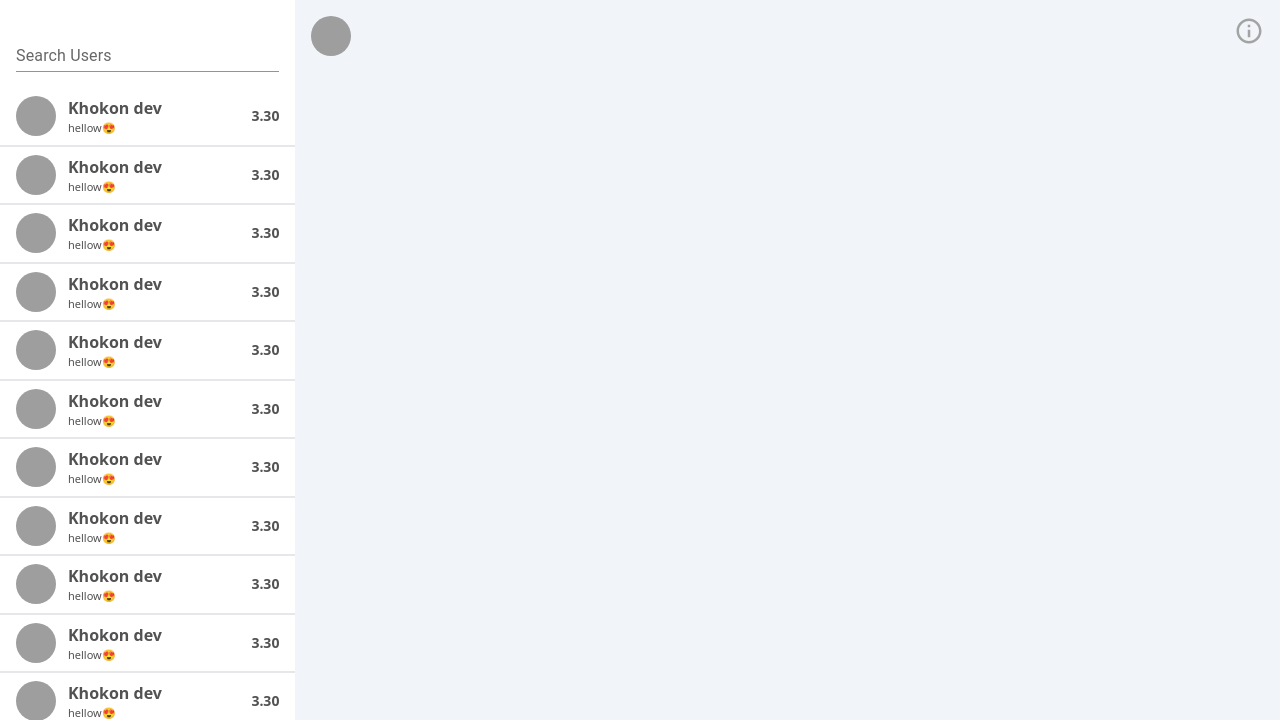
Repository: satya-ranjon/Instagram-clone-dev
Page: /inbox
These files come from the project's save history. The page is drawn as it stood at one moment and after the next save; the edit follows.
The browser window is 1280 px wide. The pictures show the whole page.
Pictures or frames that could not be fetched are drawn as grey boxes. The project was rebuilt for these pictures with package versions that can differ from the ones it lists, and the page was loaded fresh each time. Also part of the build but not shown: src/components/RightSideBar.jsx, src/components/Home/SinglePost.jsx, src/components/Home/PostList.jsx, src/components/Home/closeBtn.jsx, src/components/Home/newPostSectionOne.jsx, src/components/Home/NewPost.jsx, src/components/Home/Home.jsx, src/Assets/Logo.jsx and 8 more.

Above is the page before, as saved 2022-04-23 03:30:12.

### public/index.html
<!DOCTYPE html>
<html lang="en">
  <head>
    <meta charset="utf-8" />
    <link rel="icon" href="%PUBLIC_URL%/faveicon.png" />
    <meta name="viewport" content="width=device-width, initial-scale=1" />
    <meta name="theme-color" content="#000000" />
    <meta
      name="description"
      content="Web site created using create-react-app"
    />
    <link rel="apple-touch-icon" href="%PUBLIC_URL%/logo192.png" />
    <!--
      manifest.json provides metadata used when your web app is installed on a
      user's mobile device or desktop. See https://developers.google.com/web/fundamentals/web-app-manifest/
    -->
    <link rel="manifest" href="%PUBLIC_URL%/manifest.json" />
    <!--
      Notice the use of %PUBLIC_URL% in the tags above.
      It will be replaced with the URL of the `public` folder during the build.
      Only files inside the `public` folder can be referenced from the HTML.

      Unlike "/favicon.ico" or "favicon.ico", "%PUBLIC_URL%/favicon.ico" will
      work correctly both with client-side routing and a non-root public URL.
      Learn how to configure a non-root public URL by running `npm run build`.
    -->
    <title>React App</title>
  </head>
  <body>
    <noscript>You need to enable JavaScript to run this app.</noscript>
    <div id="root"></div>
    <!--
      This HTML file is a template.
      If you open it directly in the browser, you will see an empty page.

      You can add webfonts, meta tags, or analytics to this file.
      The build step will place the bundled scripts into the <body> tag.

      To begin the development, run `npm start` or `yarn start`.
      To create a production bundle, use `npm run build` or `yarn build`.
    -->
  </body>
</html>

### src/index.css
@import url("https://fonts.googleapis.com/css2?family=Kaushan+Script&display=swap");

@tailwind base;
@tailwind components;
@tailwind utilities;

@layer components {
  .grid___three {
    @apply grid grid-cols-1 sm:grid-cols-2 md:grid-cols-3 gap-2 lg:gap-4 transition-all duration-300 my-10 font-semibold mx-10  sm:mx-20 lg:mx-32 xl:mx-40;
  }
  .grid___two {
    @apply grid grid-cols-1 sm:grid-cols-2 gap-2 lg:gap-4  my-10 font-semibold mx-10 transition-all duration-300 sm:mx-20 lg:mx-32 xl:mx-40;
  }
  .grid___one {
    @apply grid grid-cols-1  gap-2 lg:gap-4  my-10 font-semibold mx-10 sm:mx-32 md:mx-44 transition-all duration-300 lg:mx-60 xl:mx-60;
  }
  .img__three {
    @apply bg-red-300 w-full h-[18rem] transition-all duration-300 sm:h-[14rem] xl:h-[18rem] 2xl:h-[28rem];
  }
  .img__two {
    @apply bg-red-300 w-full h-[18rem] transition-all duration-300 sm:h-[20rem] lg:h-[24rem] xl:h-[28rem] 2xl:h-[40rem];
  }
  .img__one {
    @apply bg-red-300 w-full h-[18rem] transition-all duration-300 sm:h-[20rem] lg:h-[32rem] xl:h-[40rem] 2xl:h-[52rem];
  }
}

body::-webkit-scrollbar {
  display: none;
}
.hide_scrollbar::-webkit-scrollbar {
  display: none;
  overflow: hidden;
}

#category {
  overflow: hidden;
}

.bground {
  background: radial-gradient(
    ellipse at 70% 70%,
    #ee583f 8%,
    #d92d77 42%,
    #bd3381 58%
  );
}

.new {
  position: absolute;
  top: 50%;
  right: 50%;
  transform: translate(-50%, -50%);
}

### src/App.js
import { Route, Routes } from "react-router-dom";
import HomeContainder from "./components/Home/HomeContainder";
import InboxContainer from "./components/Inbox/InboxContainer";

function App() {
  return (
    <Routes>
      <Route path="/" element={<HomeContainder />} />
      <Route path="/inbox" element={<InboxContainer />} />
    </Routes>
  );
}

export default App;

### src/components/Inbox/InboxContainer.jsx
import { Avatar, TextField } from "@mui/material";
import React from "react";
import MesseageBox from "./MesseageBox";
import SearchUsers from "./SearchUsers";
import UserList from "./UserList";

export default function InboxContainer() {
  return (
    <div>
      <div className=" flex justify-between">
        <div className=" h-screen w-96 lg:w-[50rem overflow-y-scroll scrollbar-thumb-neutral-400 scrollbar-thin">
          <div className=" w-full pt-2">
            <SearchUsers />
            <UserList />
            <UserList />
            <UserList />
            <UserList />
            <UserList />
            <UserList />
            <UserList />
            <UserList />
            <UserList />
            <UserList />
            <UserList />
            <UserList />
            <UserList />
            <UserList />
            <UserList />
            <UserList />
            <UserList />
            <UserList />
            <UserList />
            <UserList />
            <UserList />
            <UserList />
            <UserList />
            <UserList />
            <UserList />
            <UserList />
            <UserList />
            <UserList />
            <UserList />
            <UserList />
            <UserList />
            <UserList />
            <UserList />
            <UserList />
            <UserList />
            <UserList />
          </div>
        </div>

        <MesseageBox />
      </div>
    </div>
  );
}

### src/components/Inbox/MesseageBox.jsx
import React from "react";
import MesseageHader from "./MesseageHader";

export default function MesseageBox() {
  return (
    <div className=" h-screen w-full bg-slate-100">
      <MesseageHader />
    </div>
  );
}

### src/components/Inbox/SearchUsers.jsx
import { TextField } from "@mui/material";
import React from "react";

export default function SearchUsers() {
  return (
    <div className="p-4">
      <TextField
        className=" w-full "
        id="standard-basic"
        label="Search Users"
        variant="standard"
      />
    </div>
  );
}

### src/components/Inbox/UserList.jsx
import { Avatar } from "@mui/material";
import React from "react";

export default function UserList() {
  return (
    <div className="flex py-2 px-4 cursor-pointer transition-all duration-300 hover:bg-neutral-100 justify-between text-neutral-600 border-b-2">
      <div className=" my-auto flex space-x-3">
        <Avatar
          alt="Remy Sharp"
          src="https://img.freepik.com/free-photo/portrait-guy-with-colorful-neon-light-blue-studio-background-male-model-with-calm-serious-mood_155003-36962.jpg?t=st=1650662885~exp=1650663485~hmac=7fed3c0063e691a8f39a65e7b480038fb41dd291ed7ee95f9053a12587457cbc&w=900"
          className=" cursor-pointer"
        />
        <div className="">
          <p className=" font-semibold text-md ">Khokon dev</p>
          <p className=" text-[11px]">hellow😍</p>
        </div>
      </div>
      <p className="font-semibold text-sm my-auto">3.30</p>
    </div>
  );
}

### src/components/Inbox/MesseageHader.jsx
import React from "react";
import { Avatar } from "@mui/material";
import { BiInfoCircle } from "react-icons/bi";

export default function MesseageHader() {
  return (
    <div className=" flex justify-between p-4">
      <Avatar
        alt="Remy Sharp"
        src="/static/images/avatar/1.jpg"
        className=" cursor-pointer"
      />
      <BiInfoCircle className=" text-neutral-400 text-3xl cursor-pointer transition-all duration-300 hover:text-neutral-600" />
    </div>
  );
}

### tailwind.config.js
module.exports = {
  content: ["./src/**/*.{js,jsx,ts,tsx}"],
  theme: {
    extend: {
      screens: {
        "3sm": "380px",
        "2sm": "480px",
        "4sm": "640px",
        "2lg": "1160px",
      },
    },
  },
  plugins: [require("tailwind-scrollbar")],
};

Loaded but not shown: src/index.js (common file)

After the next save:
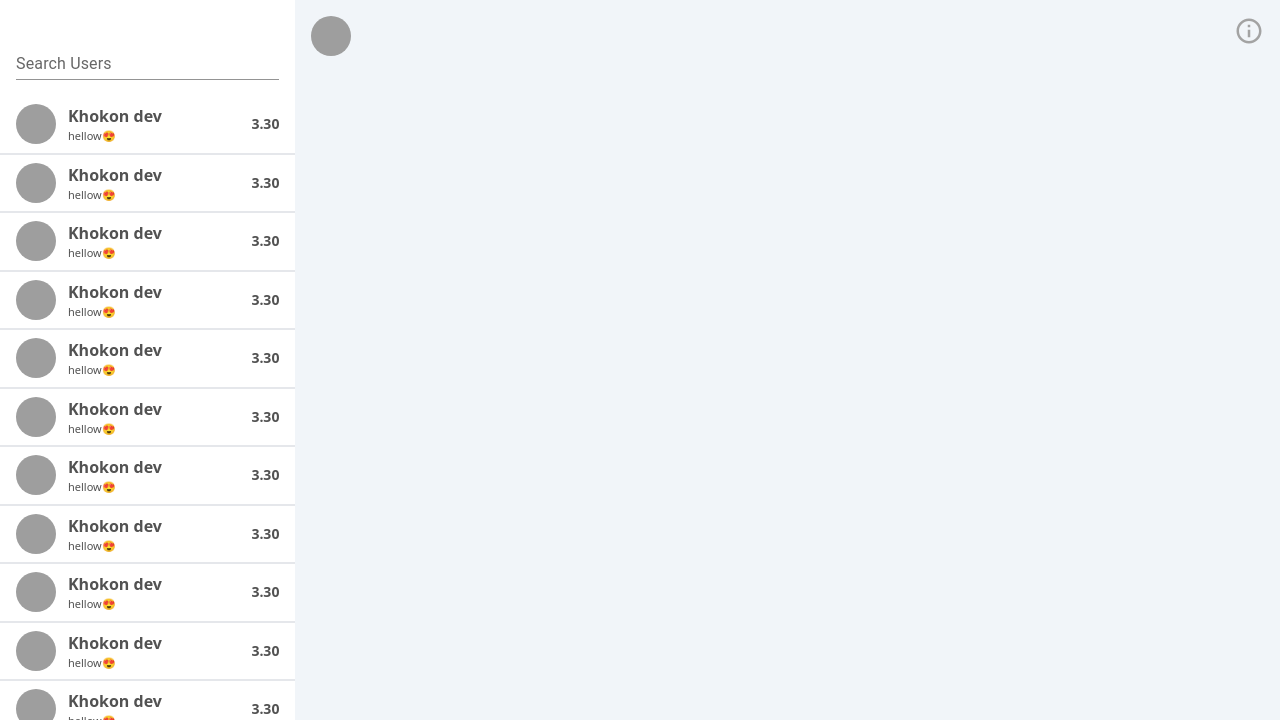
Saved 2 min 51 s later.
--- a/src/components/Inbox/InboxContainer.jsx
+++ b/src/components/Inbox/InboxContainer.jsx
@@ -9,7 +9,7 @@
     <div>
       <div className=" flex justify-between">
         <div className=" h-screen w-96 lg:w-[50rem overflow-y-scroll scrollbar-thumb-neutral-400 scrollbar-thin">
-          <div className=" w-full pt-2">
+          <div className=" w-full pt-4">
             <SearchUsers />
             <UserList />
             <UserList />
